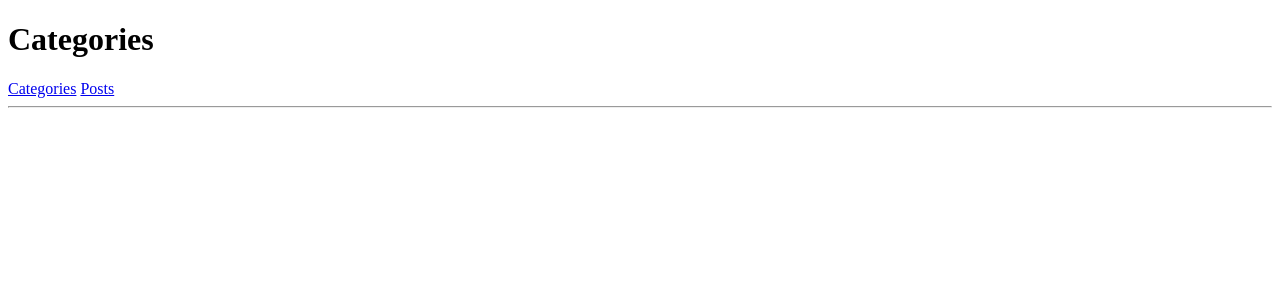
Repository: mahoone/revising_php
Page: http://localhost/public/index.php?v=categories
The author's editor kept a copy of each file at every save. The page is drawn from the files as they stood at one save, then again after the next save.
The browser window is 1280 px wide. The pictures show the whole page.
The page is run by PHP 8.4 with error messages shown; the project is at /var/www/html/.

Above is the page before, as saved 2020-06-14 17:29:11.

### public/index.php
<!DOCTYPE html>
<html lang="en">
<head>
    <meta charset="UTF-8">
    <meta name="viewport" content="width=device-width, initial-scale=1.0">
    <title>Document</title>
</head>
<body>
<?php
include('../utils/utils.php');
?>

<a href="index.php?v=categories">Categories</a>
<a href="index.php?v=posts">Posts</a>
<hr>
</body>
</html>

### utils/utils.php
<?php

function dumb($var)
{
    echo '<pre>';
    print_r($var);
    echo '</pre>';
}

if(array_key_exists('v', $_GET))
{
    $module = $_GET['v'];
}else
{
    $module = 'categories';
}

$moduleDir = '../modules/'. $module. '.php';

if(file_exists($moduleDir)) {
    require($moduleDir);
} else {
    header("HTTP/1.1 404 Not Found");
}

Loaded but not shown: modules/categories.php (common file)

After the next save:
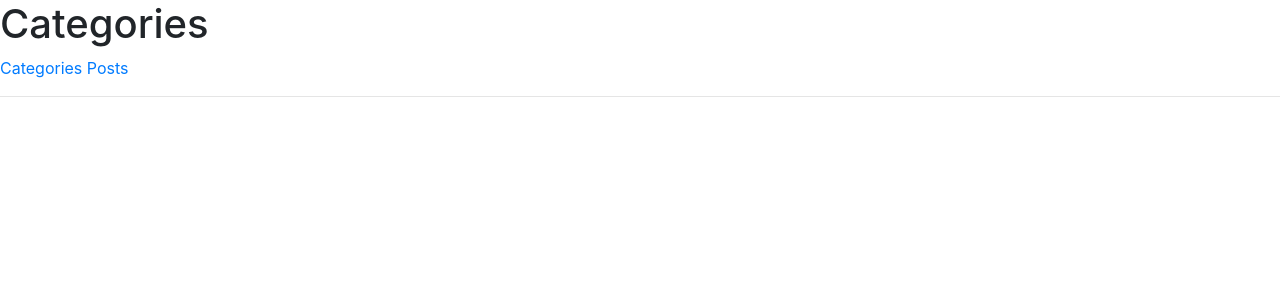
Saved 37 s later.
--- a/public/index.php
+++ b/public/index.php
@@ -4,8 +4,10 @@
     <meta charset="UTF-8">
     <meta name="viewport" content="width=device-width, initial-scale=1.0">
     <title>Document</title>
+    <link rel="stylesheet" href="https://stackpath.bootstrapcdn.com/bootstrap/4.5.0/css/bootstrap.min.css" integrity="sha384-9aIt2nRpC12Uk9gS9baDl411NQApFmC26EwAOH8WgZl5MYYxFfc+NcPb1dKGj7Sk" crossorigin="anonymous">
 </head>
 <body>
+
 <?php
 include('../utils/utils.php');
 ?>
